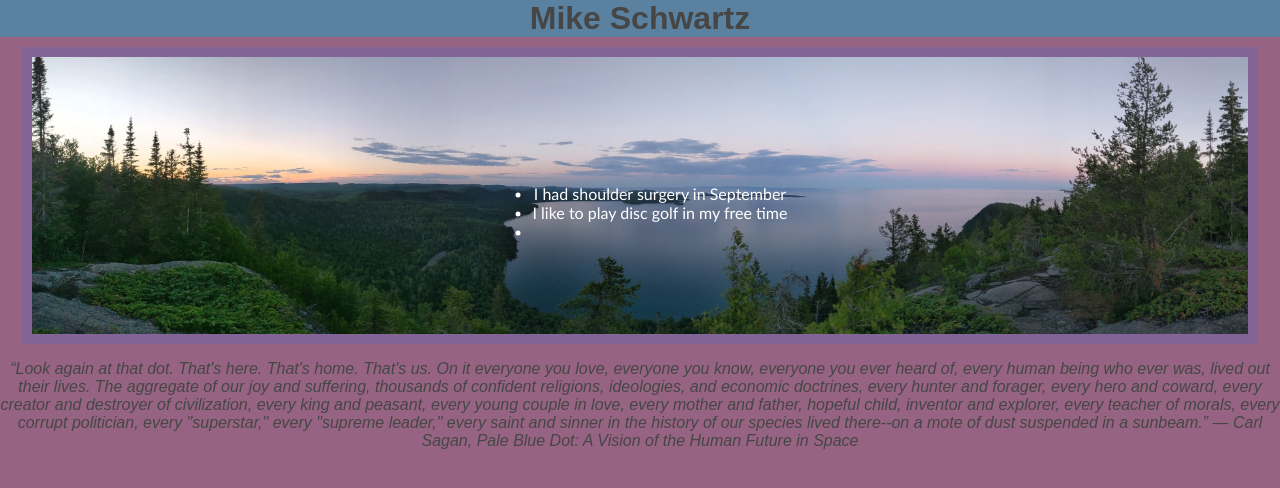
Repository: Ellusionism/prime-pw-week-1-assignment
Page: assignment/index.html
The author's editor kept a copy of each file at every save. The page is drawn from the files as they stood at one save, then again after the next save.
The browser window is 1280 px wide. The pictures show the whole page.

Above is the page before, as saved 2022-10-26 16:11:12.

### assignment/index.html
<!DOCTYPE html>
<html>
<head>
    <meta charset="utf-8" />
    <meta http-equiv="X-UA-Compatible" content="IE=edge">
    <!-- Change the <title> from "Page Title" to "Hello World" -->
    <title>Hello World</title>
    <meta name="viewport" content="width=device-width, initial-scale=1">

    <link rel="stylesheet" type="text/css" media="screen" href="style.css" />
</head>
<body>
    <!-- Create a header element  -->
    <header>
        <h1 class="name">Mike Schwartz</h1>
    </header>
    <!-- Inside the header, add an <h1> element containing your name -->

    <!-- Include an image -->
    <div class="container">
        <img src="mtjosephine.jpg" alt="Mount Josephine summit view" class="img">

        <ul class="fun-facts">
            <li>I had shoulder surgery in September</li>
            <li>I like to play disc golf in my free time</li>
            <li></li>
        </ul>
    </div>
    <!-- Create an unordered list with 3 list items of fun facts about you -->

    <!-- Create a footer element -->
    <footer class="fav-quote clearfix">
        <p>“Look again at that dot. That's here. That's home. That's us. On it everyone you love, everyone you know, everyone you ever heard of, every human being who ever was, lived out their lives. The aggregate of our joy and suffering, thousands of confident religions, ideologies, and economic doctrines, every hunter and forager, every hero and coward, every creator and destroyer of civilization, every king and peasant, every young couple in love, every mother and father, hopeful child, inventor and explorer, every teacher of morals, every corrupt politician, every "superstar," every "supreme leader," every saint and sinner in the history of our species lived there--on a mote of dust suspended in a sunbeam.”
            ― Carl Sagan, Pale Blue Dot: A Vision of the Human Future in Space</p>
    </footer>
    <!-- Inside your footer, put a <p> element with your favorite quote -->
</body>
</html>

### assignment/style.css
/* Give your page a fun background color */
body {
 background-color: rgb(150, 100, 130);
 margin: 0;
 font-family: Arial, Helvetica, sans-serif;
}
/* Make the header and footer a different color from the background */
header {
 background-color: rgb(90, 130, 160);
 margin-bottom: 10px;
}
/* Align the h1 containing your name in the center of the header*/
.name {
 color:rgb(70, 70, 70);
 text-align: center;
 margin: 0;
}
/* Make your p tag a different color and italic */
.fav-quote {
 color: rgb(70, 70, 70);
 font-style: italic;
 text-align: center;
 max-width: ;
}
/* Put a border around your image */
.img {
 border: 10px solid  rgb(130, 100, 150);
 padding: 0;
 display: block;
 margin: auto;
 max-height: 100%;
 max-width: 95%;
}
/* Change the font-family of your list */
.fun-facts {
 color: #fff;
 font-family:'Gill Sans', 'Gill Sans MT', Calibri, 'Trebuchet MS', sans-serif;
 position: absolute;
 top: 50%;
 left: 50%;
 transform: translate(-50%, -50%);
}
 .container {
  position: relative;
  text-align: center;
 }

After the next save:
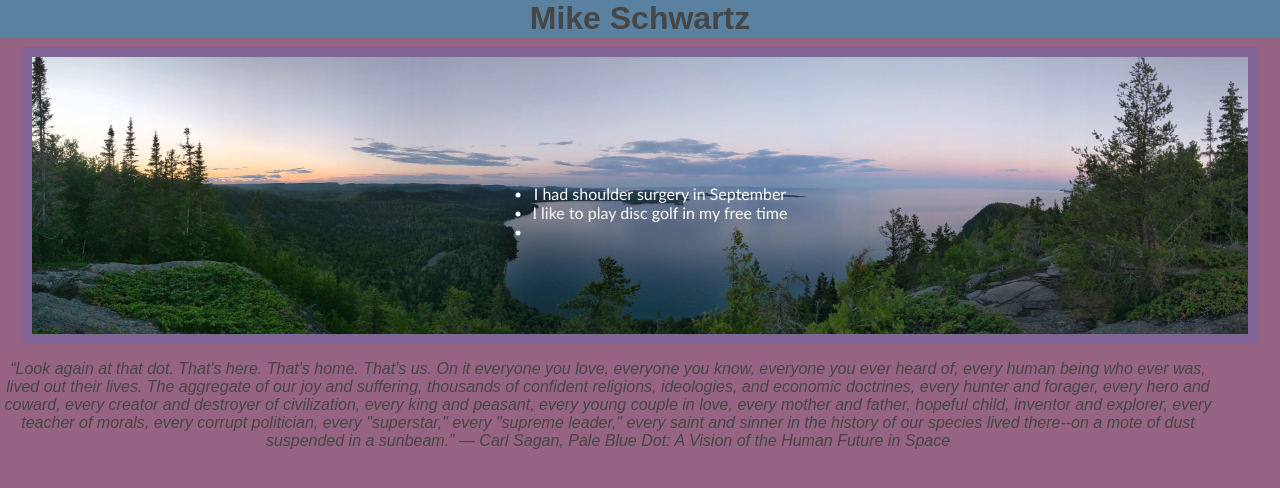
Saved 4 s later.
--- a/assignment/style.css
+++ b/assignment/style.css
@@ -20,7 +20,7 @@
  color: rgb(70, 70, 70);
  font-style: italic;
  text-align: center;
- max-width: ;
+ max-width: 95%;
 }
 /* Put a border around your image */
 .img {

After the 2 saves that followed:
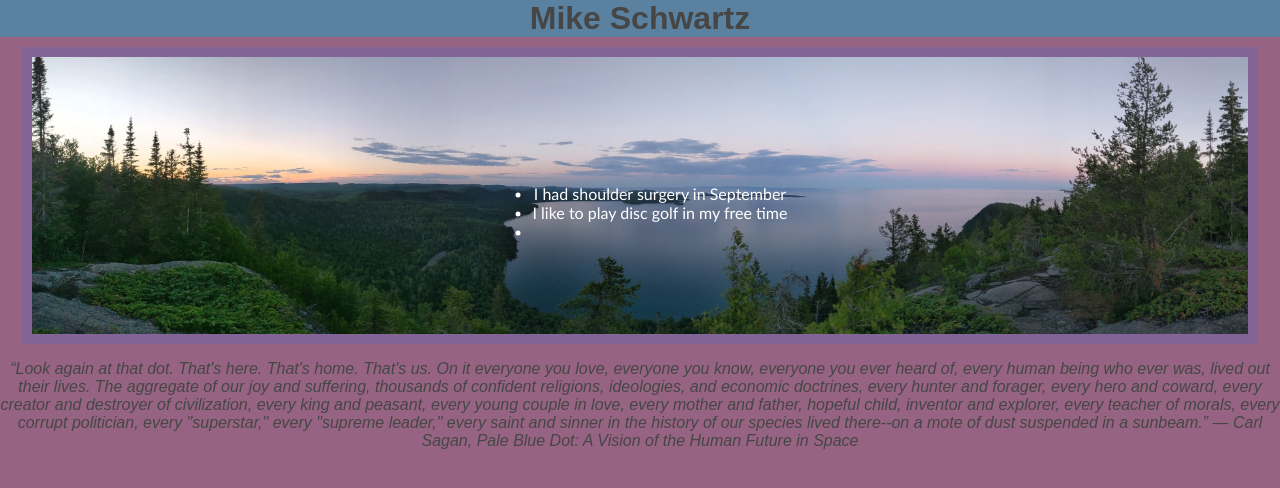
The 2 saves are shown as one change because they came seconds apart.
The last was saved 16 s later.
--- a/assignment/style.css
+++ b/assignment/style.css
@@ -20,7 +20,7 @@
  color: rgb(70, 70, 70);
  font-style: italic;
  text-align: center;
- max-width: 95%;
+
 }
 /* Put a border around your image */
 .img {
